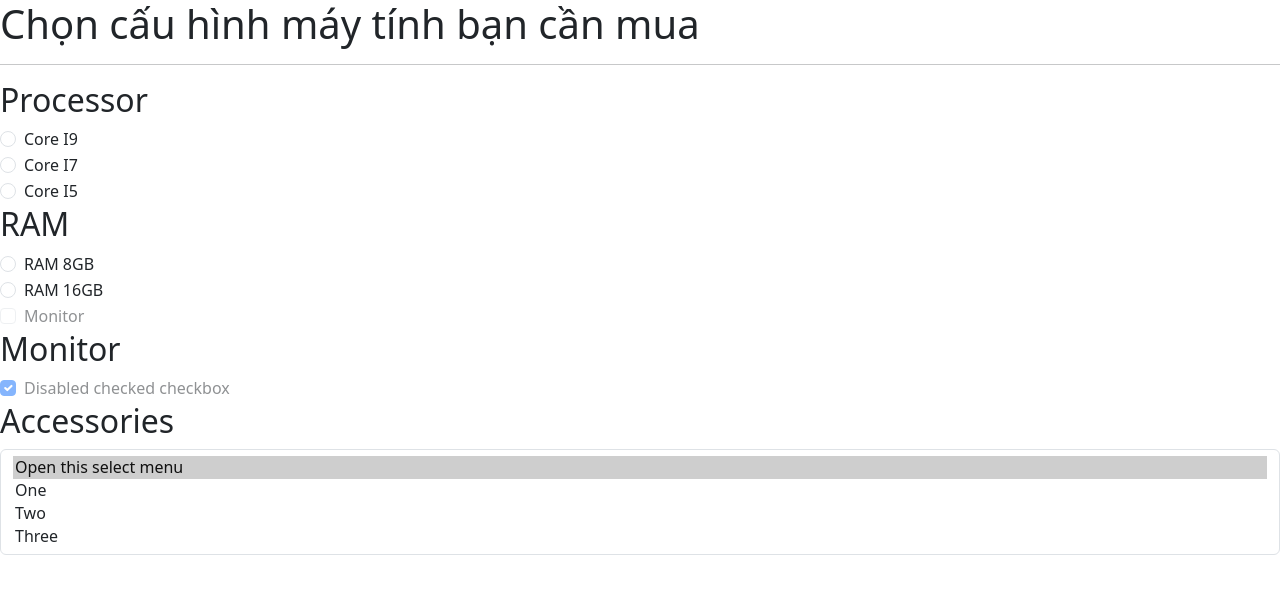
Repository: vnmk1/jsp_servlet-tutorials
Page: http://localhost/Bai7_BaiTapJSP/muaMayTinh.jsp
An editor plug-in stored every save of this project. The page is shown before and after the next save, followed by the edit.
The browser window is 1280 px wide. The pictures show the whole page.
The page is served by Tomcat 9.

Above is the page before, as saved 2023-07-19 08:42:17.

### Bai7_BaiTapJSP/src/main/webapp/muaMayTinh.jsp
<%@ page language="java" contentType="text/html; charset=UTF-8"
	pageEncoding="UTF-8"%>
<!DOCTYPE html>
<html>
<head>
<meta charset="UTF-8">
<title>Mua máy tính</title>
<link
	href="https://cdn.jsdelivr.net/npm/bootstrap@5.3.0/dist/css/bootstrap.min.css"
	rel="stylesheet"
	integrity="sha384-9ndCyUaIbzAi2FUVXJi0CjmCapSmO7SnpJef0486qhLnuZ2cdeRhO02iuK6FUUVM"
	crossorigin="anonymous">
<script
	src="https://cdn.jsdelivr.net/npm/@popperjs/core@2.11.8/dist/umd/popper.min.js"
	integrity="sha384-I7E8VVD/ismYTF4hNIPjVp/Zjvgyol6VFvRkX/vR+Vc4jQkC+hVqc2pM8ODewa9r"
	crossorigin="anonymous"></script>
<script
	src="https://cdn.jsdelivr.net/npm/bootstrap@5.3.0/dist/js/bootstrap.min.js"
	integrity="sha384-fbbOQedDUMZZ5KreZpsbe1LCZPVmfTnH7ois6mU1QK+m14rQ1l2bGBq41eYeM/fS"
	crossorigin="anonymous"></script>
</head>
<body>
	<h1>Chọn cấu hình máy tính bạn cần mua</h1>
	<hr />
	<form>
		<h2>Processor</h2>
		<div class="form-check">
			<input class="form-check-input" type="radio" name="processor"
				id="corei9" value="Core I9"> <label class="form-check-label"
				for="corei9">Core I9</label>
		</div>
		<div class="form-check">
			<input class="form-check-input" type="radio" name="processor"
				id="corei7" value="Core I7"> <label class="form-check-label"
				for="corei7"> Core I7</label>
		</div>
		<div class="form-check">
			<input class="form-check-input" type="radio" name="processor"
				id="corei5" value="Core I5"> <label class="form-check-label"
				for="corei5"> Core I5</label>
		</div>

		<h2>RAM</h2>
		<div class="form-check">
			<input class="form-check-input" type="radio" name="ram" id="ram8g"
				value="RAM 8GB"> <label class="form-check-label" for="ram8g">RAM
				8GB</label>
		</div>
		<div class="form-check">
			<input class="form-check-input" type="radio" name="ram" id="ram16g"
				value="RAM 16GB"> <label class="form-check-label"
				for="ram16g">RAM 16GB</label>
		</div>

		<div class="form-check">
			<input class="form-check-input" type="checkbox" value="Monitor"
				id="monitor" disabled> <label class="form-check-label"
				for="monitor"> Monitor </label>
		</div>
		<h2>Monitor</h2>
		<div class="form-check">
			<input class="form-check-input" type="checkbox" value=""
				id="flexCheckCheckedDisabled" checked disabled> <label
				class="form-check-label" for="flexCheckCheckedDisabled">
				Disabled checked checkbox </label>
		</div>
		<h2>Accessories</h2>
		<select class="form-select" multiple aria-label="multiple select example">
			<option selected>Open this select menu</option>
			<option value="1">One</option>
			<option value="2">Two</option>
			<option value="3">Three</option>
		</select>
	</form>
</body>
</html>

After the next save:
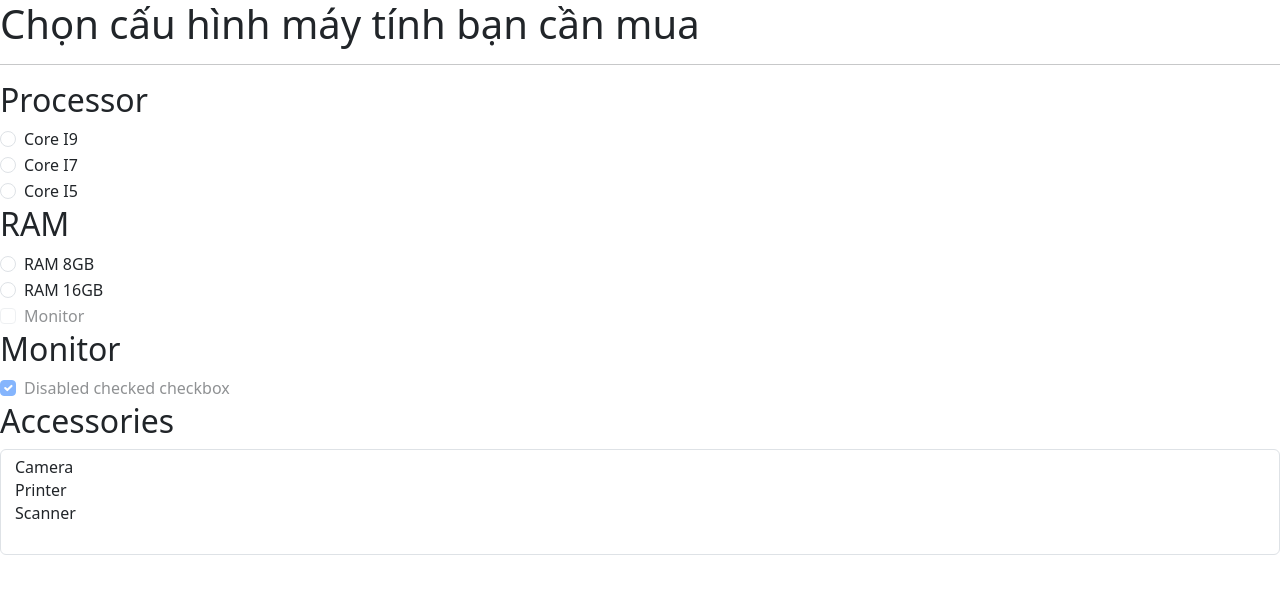
Saved 108 s later.
--- a/Bai7_BaiTapJSP/src/main/webapp/muaMayTinh.jsp
+++ b/Bai7_BaiTapJSP/src/main/webapp/muaMayTinh.jsp
@@ -65,11 +65,10 @@
 				Disabled checked checkbox </label>
 		</div>
 		<h2>Accessories</h2>
-		<select class="form-select" multiple aria-label="multiple select example">
-			<option selected>Open this select menu</option>
-			<option value="1">One</option>
-			<option value="2">Two</option>
-			<option value="3">Three</option>
+		<select class="form-select" multiple aria-label="multiple select example" name = "accessories">
+			<option value="Camera">Camera</option>
+			<option value="Printer">Printer</option>
+			<option value="Scanner">Scanner</option>
 		</select>
 	</form>
 </body>
